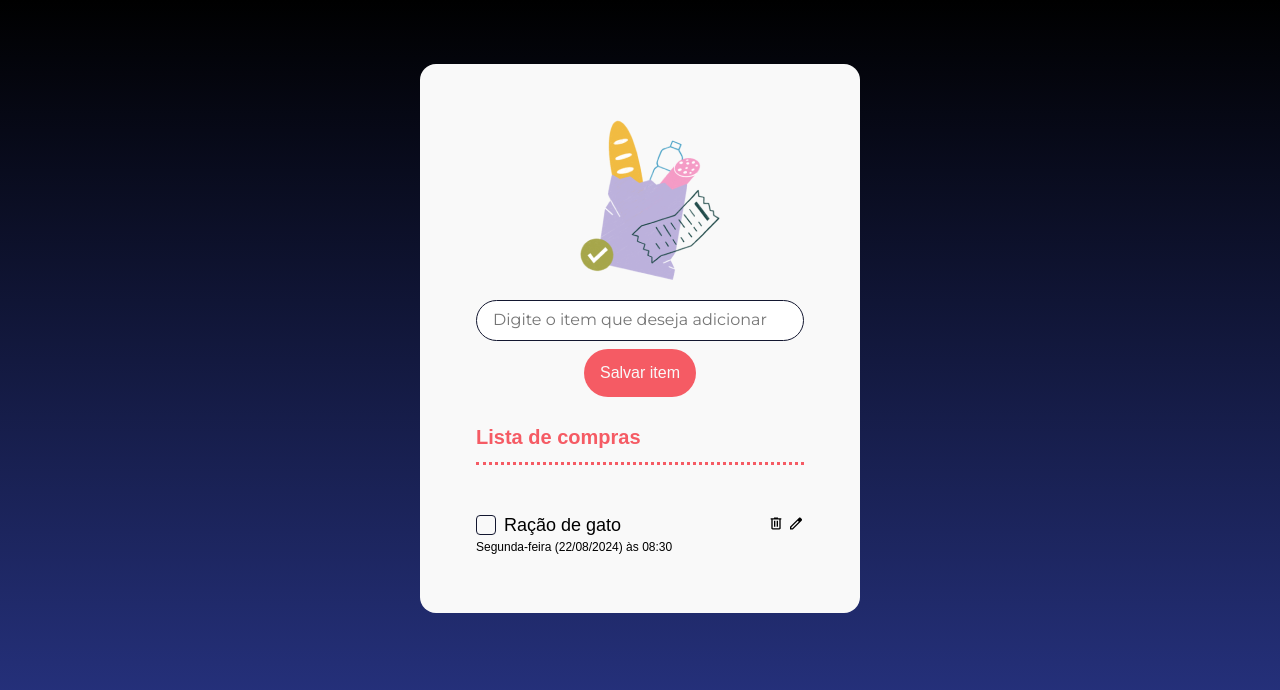
Repository: joaoPraiaJunior/compras_js
Page: index.html
These files come from the project's save history. The page is drawn as it stood at one moment and after the next save; the edit follows.
The browser window is 1280 px wide. The pictures show the whole page.
Some web fonts or font styles are not loaded; a fallback is used.

Above is the page before, as saved 2024-08-22 22:45:45.

After the next save:
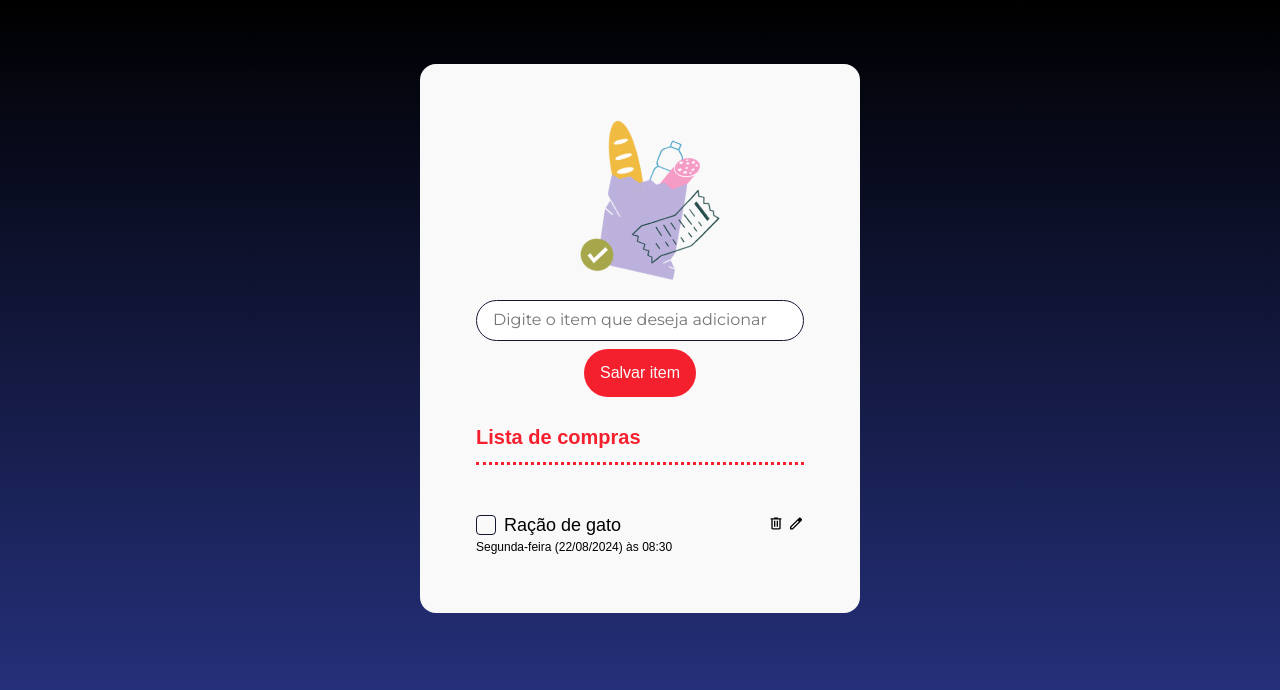
Saved 16 s later.
--- a/css/styles.css
+++ b/css/styles.css
@@ -9,7 +9,7 @@ html {
 }
 
 :root {
-    --cor-primaria: #F55B64;
+    --cor-primaria: #f5202e;
     --cor-secundaria: #C2373F;
     --neutro: #F9F9F9;
     --preto: #131730;
